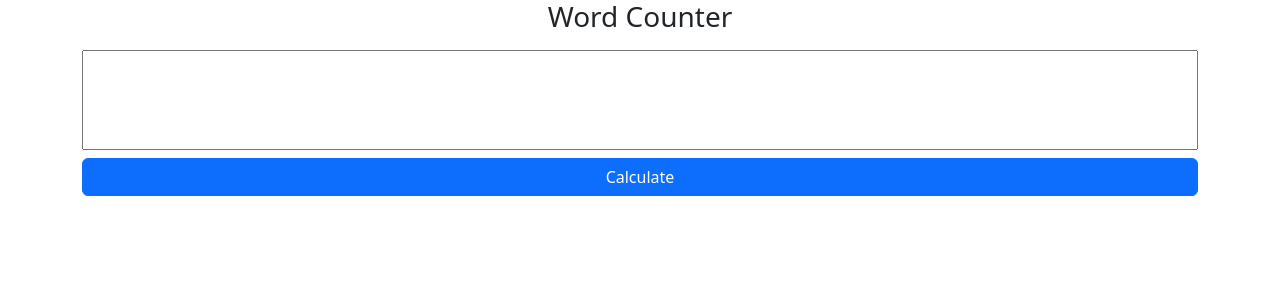
Repository: magmukendi/Tweets-Count
Page: index.html
The author's editor kept a copy of each file at every save. The page is drawn from the files as they stood at one save, then again after the next save.
The browser window is 1280 px wide. The pictures show the whole page.
Some web libraries are served in a nearby version.

Above is the page before, as saved 2022-06-11 14:52:56.

After the next save:
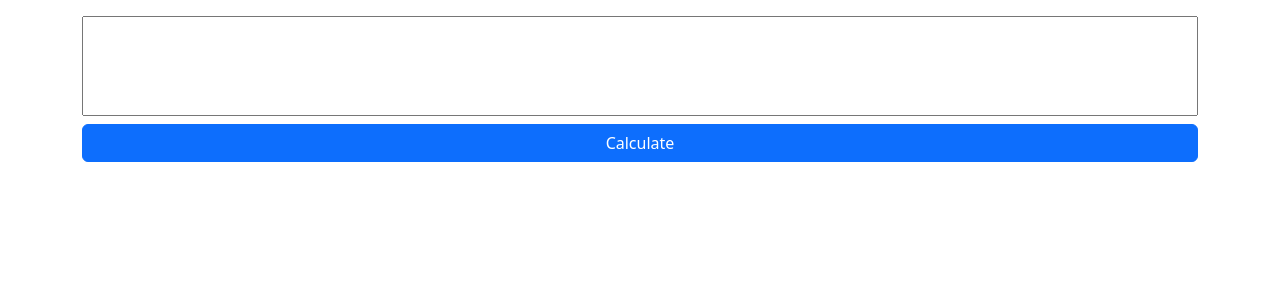
Saved 65 s later.
--- a/index.html
+++ b/index.html
@@ -13,7 +13,7 @@
 </head>
 <body>
     <div id="answer" class="container row">
-        <h3>Word Counter</h3>
+        <h3></h3>
         <textarea id="tt" class="mt-2 mb-2" id="won" autosize></textarea>
         <button onclick="myFunction()" class="btn btn-primary"> Calculate</button>
 

After the save that followed:
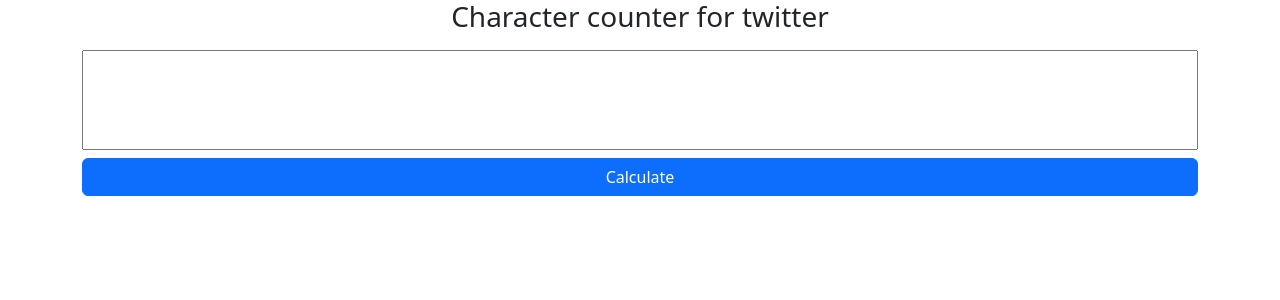
Saved 12 s later.
--- a/index.html
+++ b/index.html
@@ -13,7 +13,7 @@
 </head>
 <body>
     <div id="answer" class="container row">
-        <h3></h3>
+        <h3>Character counter for twitter</h3>
         <textarea id="tt" class="mt-2 mb-2" id="won" autosize></textarea>
         <button onclick="myFunction()" class="btn btn-primary"> Calculate</button>
 
